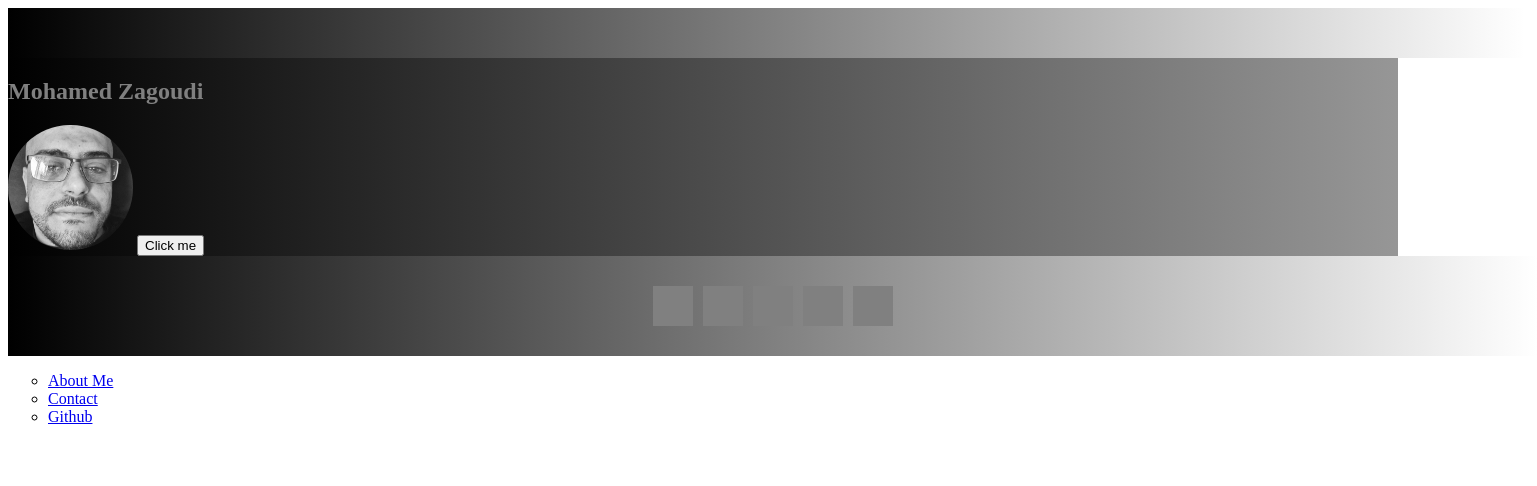
Repository: Mohzagou/Eersteportofolio
Page: index.html
The author's editor kept a copy of each file at every save. The page is drawn from the files as they stood at one save, then again after the next save.
The browser window is 1280 px wide. The page is 1537 px wide, so the pictures cover 1537 px, including what lies to the right of the window. The pictures show the whole page.

Above is the page before, as saved 2022-06-07 23:15:25.

After the next save:
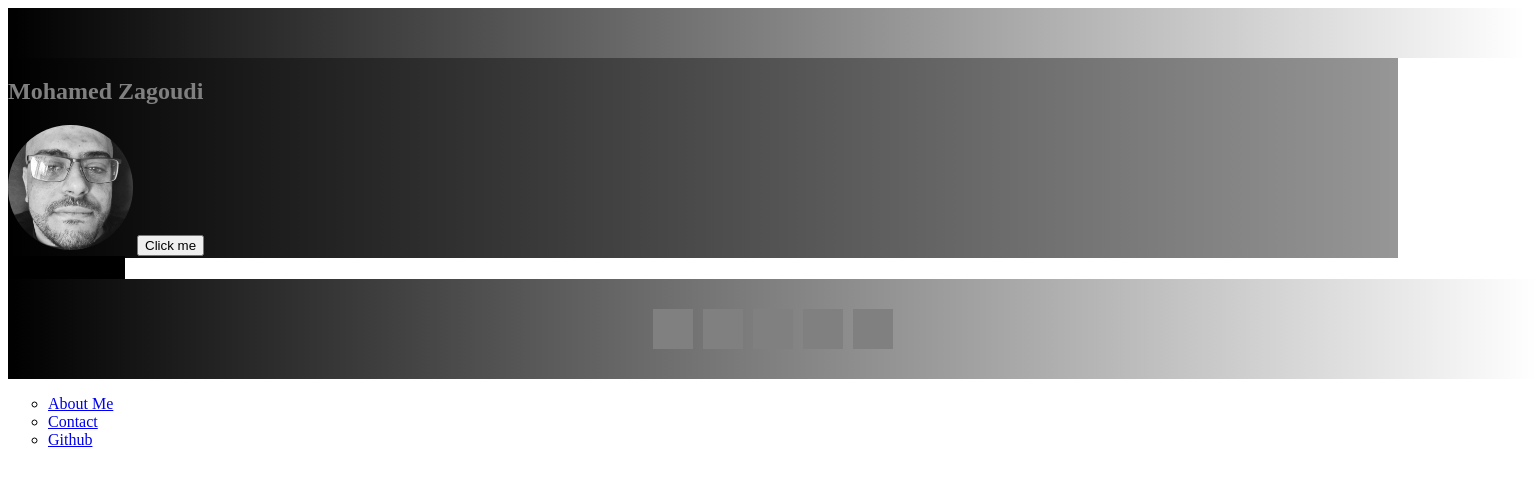
Saved 56 s later.
--- a/index.html
+++ b/index.html
@@ -15,7 +15,15 @@
         <h2 id="name">Mohamed Zagoudi</h2>
         <img class="avatar" src="images/67gwzvy.jpeg" alt="Mohamed Zagoudi headshot">
         <button>Click me</button>
-
+        <div class="container">
+            <div class="button-container">
+                <div class="bottom side"></div>
+                <div class="left side"></div>
+                <div class="right side"></div>
+                <div class="top side"></div>
+                <button class="button side" type="button">Click Me</button>
+            </div>
+        </div>
 
         <section>
             <div class="test"></div>
